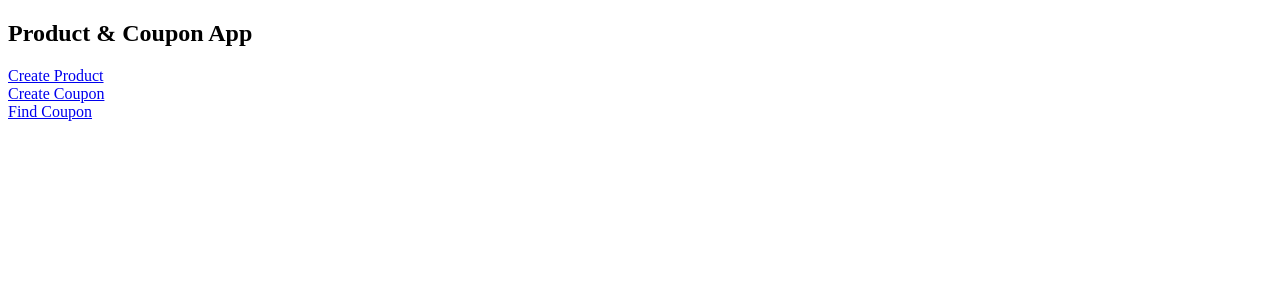
Repository: payal033/Java-Servlets-JSP
Page: FinalProject/WebContent/index.html
An editor plug-in stored every save of this project. The page is shown before and after the next save, followed by the edit.
The browser window is 1280 px wide. The pictures show the whole page.

Above is the page before, as saved 2022-05-30 17:43:57.

After the next save:
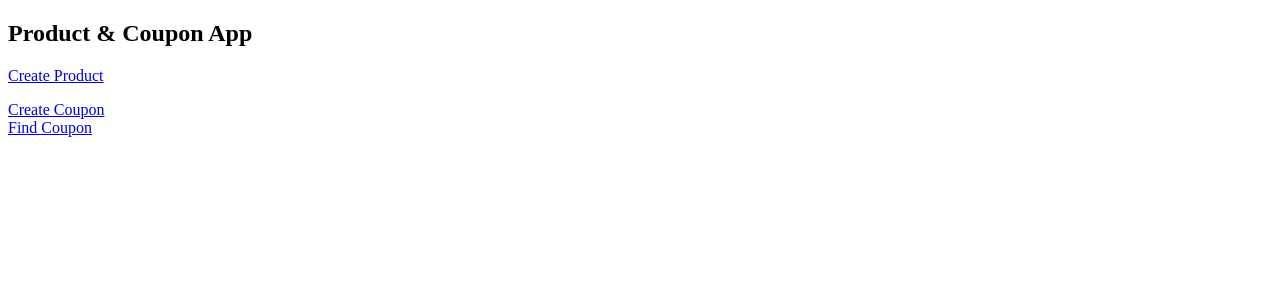
Saved 78 s later.
--- a/FinalProject/WebContent/index.html
+++ b/FinalProject/WebContent/index.html
@@ -6,9 +6,9 @@
 </head>
 <body>
 	<h2>Product & Coupon App</h2>
-	<div>
+	<p>
 		<a href="createProduct.jsp">Create Product</a>
-	</div>
+	</p>
 	<div>
 		<a href="createCoupon.jsp">Create Coupon</a>
 	</div>
